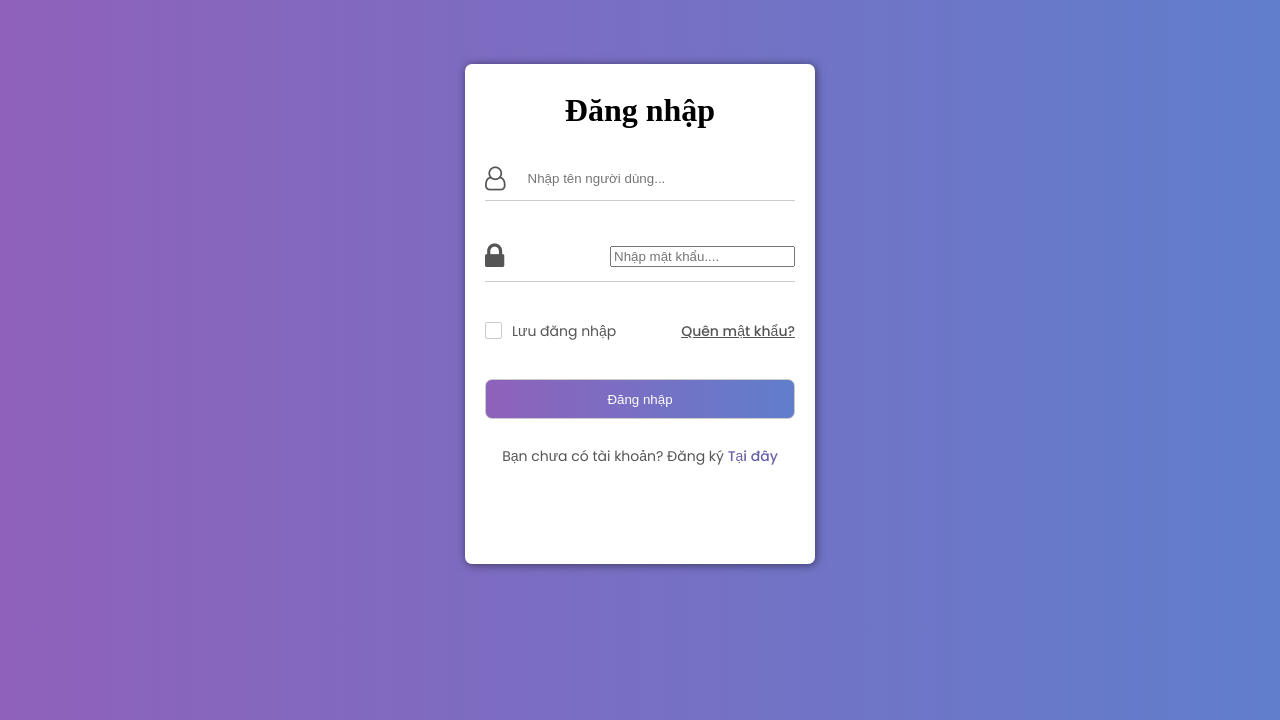
Repository: Nieday306/shophoaqua
Page: login.html
An editor plug-in stored every save of this project. The page is shown before and after the next save, followed by the edit.
The browser window is 1280 px wide. The pictures show the whole page.

Above is the page before, as saved 2024-04-06 19:27:56.

### login.html
<!DOCTYPE html>
<html lang="en">
  <head>
    <meta charset="UTF-8" />
    <meta name="viewport" content="width=device-width, initial-scale=1.0" />
    <!-- reset css -->
    <link rel="stylesheet" href="./assets/css/reset.css" />
    <!-- style css -->
    <link rel="stylesheet" href="./assets/css/style.css" />
    <!-- login css -->
    <link rel="stylesheet" href="./assets/css/login.css" />
    <!-- font  -->
    <link rel="stylesheet" href="./assets/font/stylesheet.css" />
    <title>CTN - Đăng nhập</title>
    <!-- font awesome -->
    <link
      rel="stylesheet"
      href="https://cdnjs.cloudflare.com/ajax/libs/font-awesome/4.7.0/css/font-awesome.min.css"
    />
  </head>
  <body>
    <main>
      <div class="login">
        <form
          action="https://api-gateway.fullstack.edu.vn/action_page.php"
          method="post"
          autocomplete="off"
        >
          <h1 class="login-title">Đăng nhập</h1>
          <div class="form-group">
            <div class="row row-text">
              <label for="username"
                ><i class="fa fa-user-o" style="font-size: 24px"></i
              ></label>
              <input
                type="text"
                name="username"
                id="username"
                placeholder="Nhập tên người dùng..."
                required
                minlength="8"
              />
            </div>
            <p class="form-error">* Nhập từ 8 ký tự trở lên</p>
          </div>
          <div class="form-group">
            <div class="row row-text">
              <label for="password">
                <i class="fa fa-lock" style="font-size: 30px"></i>
              </label>
              <input
                type="password"
                name="password"
                id="password"
                placeholder="Nhập mật khẩu...."
                required
                minlength="8"
                pattern=""
              />
            </div>
            <p class="form-error">* Nhập từ 8 kí tự trở lên</p>
          </div>
          <div class="form-group">
            <div class="row row-remember">
              <input type="checkbox" name="remember" id="remember" hidden />
              <label class="remember" for="remember">Lưu đăng nhập</label>
              <a href="#!" class="forgot-pass">Quên mật khẩu?</a>
            </div>
          </div>
          <div class="form-group">
            <div class="row row-btn">
              <input type="submit" value="Đăng nhập" class="submit" />
            </div>

              <p class="register">
                Bạn chưa có tài khoản? Đăng ký <a href="#!">Tại đây</a>
            </div>
          </div>
        </form>
      </div>
    </main>
  </body>
</html>

### assets/css/style.css
* {
  box-sizing: border-box;
}

html,
body {
  scroll-behavior: smooth;
}

html {
  font-size: 62.5%;
}

body {
  font-size: 1.6rem;
  font-family: "Poppins", sans-serif;
  margin: 0px auto;
}

### assets/css/login.css
:root {
  --color-word: #feffff;
}

body {
  background-image: linear-gradient(to right, #8f61bb, #607ecc);
}

/* ==================common=================== */
a {
  text-decoration: none;
  color: var(--color-word);
  font-size: 1.4rem;
  font-weight: 500;
}
/* main */

main {
  display: flex;
}

.login {
  background-color: #fff;
  width: 350px;
  min-height: 500px;
  margin: 5% auto;
  border-radius: 7px;
  box-shadow: 1px 1px 10px rgb(0, 0, 0, 0.5);
  padding: 0 20px;
}

.row {
  display: flex;
  justify-content: space-between;
  align-items: center;
}

.login-title {
  margin-top: 30px;
  font-family: "Times New Roman", Times, serif;
  font-size: 3.2rem;
  font-weight: 600;
  color: #000;
  text-align: center;
  margin-bottom: 40px;
}

.fa,
input {
  color: #555;
}

input[type="text"] {
  width: 100%;
  background-color: transparent;
  outline: none;
  border: none;
  margin-left: 20px;
}

.row-text {
  padding-bottom: 10px;
  border-bottom: 1px solid #ccc;
}

.form-error {
  color: red;
  opacity: 0.9;
  font-size: 1.3rem;
  margin: 7px 0 20px;
  visibility: hidden;
  transition: visibility 0.5s;
}

input[type="text"]:has(:invalid) + .form-error {
  visibility: visible;
}

.row-remember {
  margin-top: 10px;
}

.remember {
  position: relative;
  display: flex;
  align-items: center;
  gap: 10px;
  color: #555;
  font-size: 1.4rem;
}

.remember::before {
  content: "";
  display: inline-block;
  width: 15px;
  height: 15px;
  background-color: #fff;
  border: 1px solid#ccc;
  border-radius: 2px;
}

input[type="checkbox"]:checked ~ .remember::after {
  position: absolute;
  content: "";
  display: inline-block;
  height: 5px;
  width: 10px;
  top: 2px;
  left: 2px;
  border: 3px solid #737499;
  border-top: none;
  border-right: none;
  rotate: -45deg;
}

.remember::before,
.remember::after {
  cursor: pointer;
}

.forgot-pass {
  color: #555;
  text-decoration: underline;
}

.row-btn {
  margin-top: 40px;
}

.submit {
  width: 100%;
  height: 40px;
  outline: none;
  border: none;
  border: 1px solid #ccc;
  border-radius: 7px;
  background-image: linear-gradient(to right, #8f61bb, #607ecc);
  color: #fff;
  cursor: pointer;
}
.submit:hover {
  opacity: 0.9;
}

.register {
  text-align: center;
  margin-top: 30px;
  color: #555;
  font-size: 1.4rem;
}

.register a {
  color: rgb(105, 99, 169);
}

### assets/font/stylesheet.css
@font-face {
    font-family: 'Poppins';
    src: url('Poppins-Black.woff2') format('woff2'),
        url('Poppins-Black.woff') format('woff');
    font-weight: 900;
    font-style: normal;
    font-display: swap;
}

@font-face {
    font-family: 'Poppins';
    src: url('Poppins-Bold.woff2') format('woff2'),
        url('Poppins-Bold.woff') format('woff');
    font-weight: bold;
    font-style: normal;
    font-display: swap;
}

@font-face {
    font-family: 'Poppins';
    src: url('Poppins-BlackItalic.woff2') format('woff2'),
        url('Poppins-BlackItalic.woff') format('woff');
    font-weight: 900;
    font-style: italic;
    font-display: swap;
}

@font-face {
    font-family: 'Poppins';
    src: url('Poppins-BoldItalic.woff2') format('woff2'),
        url('Poppins-BoldItalic.woff') format('woff');
    font-weight: bold;
    font-style: italic;
    font-display: swap;
}

@font-face {
    font-family: 'Poppins';
    src: url('Poppins-ExtraLightItalic.woff2') format('woff2'),
        url('Poppins-ExtraLightItalic.woff') format('woff');
    font-weight: 200;
    font-style: italic;
    font-display: swap;
}

@font-face {
    font-family: 'Poppins';
    src: url('Poppins-ExtraBoldItalic.woff2') format('woff2'),
        url('Poppins-ExtraBoldItalic.woff') format('woff');
    font-weight: bold;
    font-style: italic;
    font-display: swap;
}

@font-face {
    font-family: 'Poppins';
    src: url('Poppins-ExtraBold.woff2') format('woff2'),
        url('Poppins-ExtraBold.woff') format('woff');
    font-weight: bold;
    font-style: normal;
    font-display: swap;
}

@font-face {
    font-family: 'Poppins';
    src: url('Poppins-Italic.woff2') format('woff2'),
        url('Poppins-Italic.woff') format('woff');
    font-weight: normal;
    font-style: italic;
    font-display: swap;
}

@font-face {
    font-family: 'Poppins';
    src: url('Poppins-ExtraLight.woff2') format('woff2'),
        url('Poppins-ExtraLight.woff') format('woff');
    font-weight: 200;
    font-style: normal;
    font-display: swap;
}

@font-face {
    font-family: 'Poppins';
    src: url('Poppins-Regular.woff2') format('woff2'),
        url('Poppins-Regular.woff') format('woff');
    font-weight: normal;
    font-style: normal;
    font-display: swap;
}

@font-face {
    font-family: 'Poppins';
    src: url('Poppins-LightItalic.woff2') format('woff2'),
        url('Poppins-LightItalic.woff') format('woff');
    font-weight: 300;
    font-style: italic;
    font-display: swap;
}

@font-face {
    font-family: 'Poppins';
    src: url('Poppins-SemiBold.woff2') format('woff2'),
        url('Poppins-SemiBold.woff') format('woff');
    font-weight: 600;
    font-style: normal;
    font-display: swap;
}

@font-face {
    font-family: 'Poppins';
    src: url('Poppins-Light.woff2') format('woff2'),
        url('Poppins-Light.woff') format('woff');
    font-weight: 300;
    font-style: normal;
    font-display: swap;
}

@font-face {
    font-family: 'Poppins';
    src: url('Poppins-Medium.woff2') format('woff2'),
        url('Poppins-Medium.woff') format('woff');
    font-weight: 500;
    font-style: normal;
    font-display: swap;
}

@font-face {
    font-family: 'Poppins';
    src: url('Poppins-MediumItalic.woff2') format('woff2'),
        url('Poppins-MediumItalic.woff') format('woff');
    font-weight: 500;
    font-style: italic;
    font-display: swap;
}

@font-face {
    font-family: 'Poppins';
    src: url('Poppins-Thin.woff2') format('woff2'),
        url('Poppins-Thin.woff') format('woff');
    font-weight: 100;
    font-style: normal;
    font-display: swap;
}

@font-face {
    font-family: 'Poppins';
    src: url('Poppins-ThinItalic.woff2') format('woff2'),
        url('Poppins-ThinItalic.woff') format('woff');
    font-weight: 100;
    font-style: italic;
    font-display: swap;
}

@font-face {
    font-family: 'Poppins';
    src: url('Poppins-SemiBoldItalic.woff2') format('woff2'),
        url('Poppins-SemiBoldItalic.woff') format('woff');
    font-weight: 600;
    font-style: italic;
    font-display: swap;
}

Loaded but not shown: assets/css/reset.css (common file)

After the next save:
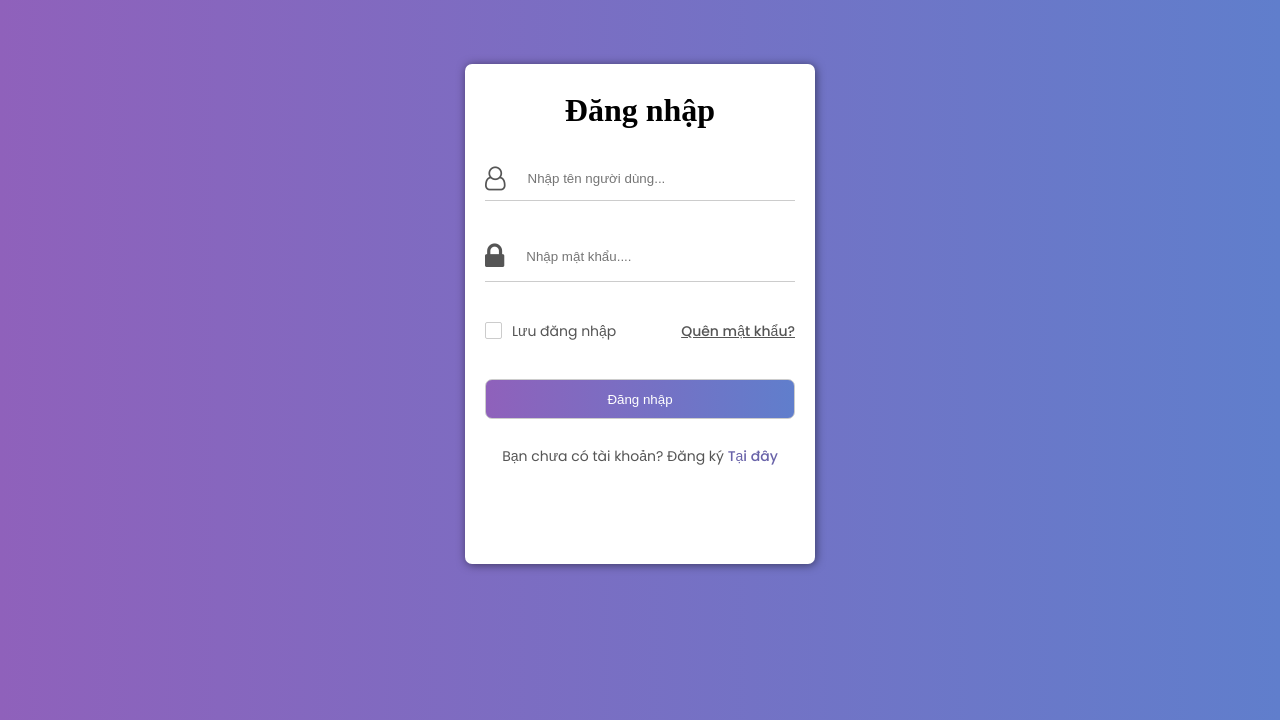
Saved 26 s later.
--- a/assets/css/login.css
+++ b/assets/css/login.css
@@ -50,7 +50,8 @@ input {
   color: #555;
 }
 
-input[type="text"] {
+input[type="text"],
+input[type="password"] {
   width: 100%;
   background-color: transparent;
   outline: none;
